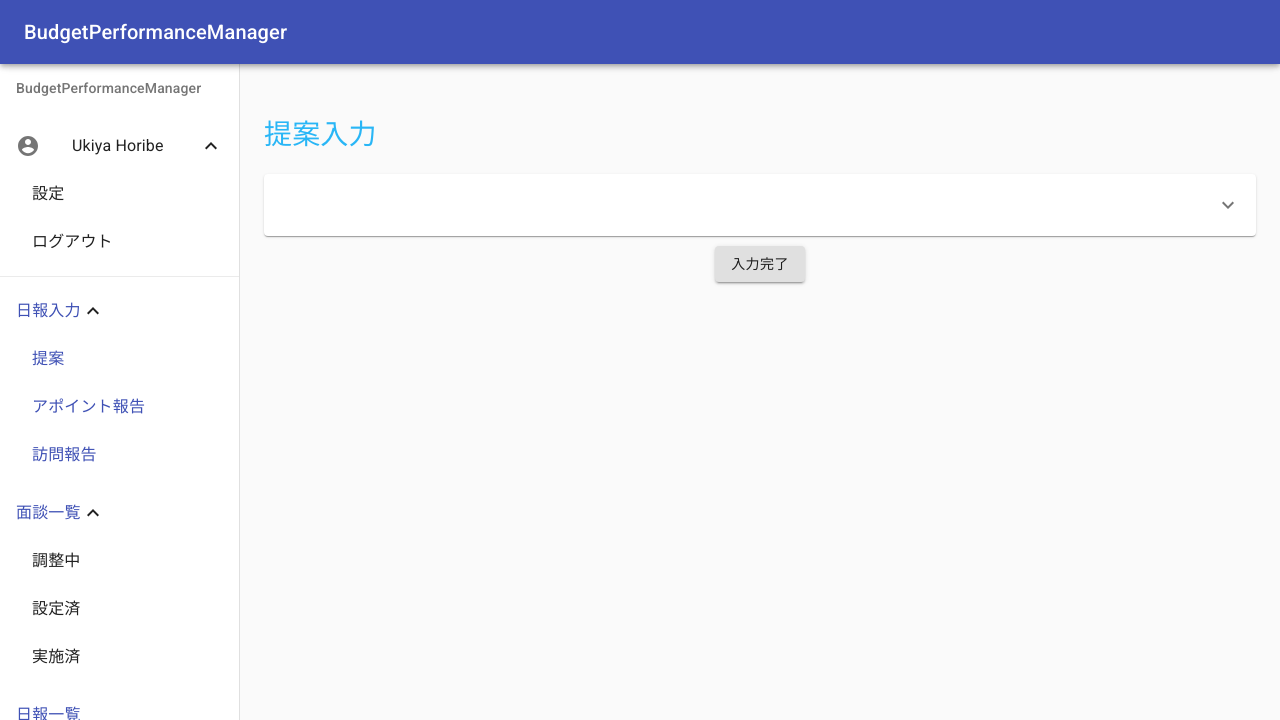
Repository: ukiyah/test
Page: /form_confirm_interview (app in src/)
The author's editor kept a copy of each file at every save. The page is drawn from the files as they stood at one save, then again after the next save.
The browser window is 1280 px wide. The pictures show the whole page.
The project was rebuilt for these pictures with package versions that can differ from the ones it lists, and the page was loaded fresh each time. Also part of the build but not shown: src/Button.js, src/proposal/Table.js, src/proposal/list_proposal.js, src/Title.js, src/Chart.js, src/Deposits.js, src/Orders.js, src/Dashboard.js and 18 more. Imported but missing from the stored project, and not drawn on this page: src/appointment/visit/form_visit.

Above is the page before, as saved 2020-02-27 15:04:10.

### src/index.css
body {
  margin: 0;
  font-family: -apple-system, BlinkMacSystemFont, 'Segoe UI', 'Roboto', 'Oxygen',
    'Ubuntu', 'Cantarell', 'Fira Sans', 'Droid Sans', 'Helvetica Neue',
    sans-serif;
  -webkit-font-smoothing: antialiased;
  -moz-osx-font-smoothing: grayscale;
}

code {
  font-family: source-code-pro, Menlo, Monaco, Consolas, 'Courier New',
    monospace;
}

.button {
  color: #000;
}

h1 {
  text-align: center;
  color:#29B6F6;
  font-weight: normal;
}

### src/App.js
import React from 'react';
import 'typeface-roboto';
import {
  BrowserRouter,
  Route
} from "react-router-dom";
import list_proposal from "./proposal/list_proposal";
import Dashboard from "./Dashboard";
import list_interview from "./interview/list_interview";
import list_closing from "./closing/list_closing";
import list_appointment from "./appointment/list_appointment";
import list_daily_report from "./daily_report/list_daily_report";
import form_daily_report from "./daily_report/form_daily_report";
import form_proposal from "./proposal/form_proposal";
import form_appointment from "./appointment/appointment/form_appointment.jsx";
import form_visit from "./appointment/visit/form_visit";
import form_arrange_interview from "./interview/arrange/form_arrange_interview";
import form_confirm_interview from "./interview/confirm/form_confirm_interview";
import form_complete_interview from "./interview/complete/form_complete_interview";
class App extends React.Component{

  render() {
    return (
      <div>

        <BrowserRouter>
          <div>
            <Route exact path="/" component={Dashboard} />
            <Route path="/list_proposal" component={list_proposal} />
            <Route path="/list_interview" component={list_interview} />
            <Route path="/list_closing" component={list_closing} />
            <Route path="/list_appointment" component={list_appointment} />
            <Route path="/list_daily_report" component={list_daily_report} />
            <Route path="/form_daily_report" component={form_daily_report} />
            <Route path="/form_proposal" component={form_proposal} />
            <Route path="/form_appointment" component={form_appointment} />
            <Route path="/form_visit" component={form_visit} />
            <Route path="/form_arrange_interview" component={form_arrange_interview} />
            <Route path="/form_confirm_interview" component={form_confirm_interview} />
            <Route path="/form_complete_interview" component={form_complete_interview} />
         </div>
        </BrowserRouter>
        {/* <ClippedDrawer /> */}
      </div>
    );
  }

}

export default App;

### src/interview/confirm/form_confirm_interview.jsx
import React from 'react';
import clsx from 'clsx';
import { makeStyles } from '@material-ui/core/styles';
import CssBaseline from '@material-ui/core/CssBaseline';


import Container from '@material-ui/core/Container';
import Grid from '@material-ui/core/Grid';
import Drawer from "../../Drawer";
import ExpansionPanel from "./ExpansionPanel.jsx";
import Button from "@material-ui/core/Button";

const useStyles = makeStyles(theme => ({
  root: {
    display: 'flex',
  },

  appBarSpacer: theme.mixins.toolbar,
  content: {
    flexGrow: 1,
    height: '100vh',
    overflow: 'auto',
  },
  container: {
    paddingTop: theme.spacing(4),
    paddingBottom: theme.spacing(4),
  },

  fixedHeight: {
    height: 520,
  },
}));

export default function Dashboard() {
  const classes = useStyles();
  return (
    <div className={classes.root}>
      <CssBaseline />
      <Drawer />
      <main className={classes.content}>
        <div className={classes.appBarSpacer} />
        <Container maxWidth="lg" className={classes.container}>
          <Grid container spacing={3}>

            <Grid item xs={12} >
              <span style={{display:"flex"}}>
                <h1>提案入力</h1>
              </span>
                <ExpansionPanel />
              <div style={{marginTop: 10, textAlign: "center"}}>
                <Button variant="contained" >入力完了</Button>
              </div>

            </Grid>

          </Grid>

        </Container>
      </main>
    </div>
  );
}

### src/Drawer.js
import React from 'react';
import { makeStyles } from '@material-ui/core/styles';
import Drawer from '@material-ui/core/Drawer';
import AppBar from '@material-ui/core/AppBar';
import CssBaseline from '@material-ui/core/CssBaseline';
import Toolbar from '@material-ui/core/Toolbar';
import Typography from '@material-ui/core/Typography';
import SimpleTable from "./proposal/Table";
import NestedList from "./NestedList";
const drawerWidth = 240;

const useStyles = makeStyles(theme => ({
  root: {
    display: 'flex',
  },
  appBar: {
    zIndex: theme.zIndex.drawer + 1,
  },
  drawer: {
    width: drawerWidth,
    flexShrink: 0,
  },
  drawerPaper: {
    width: drawerWidth,
  },
  content: {
    flexGrow: 1,
    padding: theme.spacing(3),
  },
  toolbar: theme.mixins.toolbar,
}));

export default function ClippedDrawer() {
  const classes = useStyles();

  return (
    <div className={classes.root}>
      <CssBaseline />
      <AppBar position="fixed" className={classes.appBar}>
        <Toolbar>
          <Typography variant="h6" noWrap>
            BudgetPerformanceManager
          </Typography>
        </Toolbar>
      </AppBar>
      <Drawer
        className={classes.drawer}
        variant="permanent"
        classes={{
          paper: classes.drawerPaper,
        }}
      >
        <div className={classes.toolbar} />
        <NestedList />
      </Drawer>

    </div>
  );
}

### src/interview/confirm/ExpansionPanel.jsx
import React from 'react';
import { makeStyles } from '@material-ui/core/styles';
import ExpansionPanel from '@material-ui/core/ExpansionPanel';
import ExpansionPanelSummary from '@material-ui/core/ExpansionPanelSummary';
import ExpansionPanelDetails from '@material-ui/core/ExpansionPanelDetails';
import Typography from '@material-ui/core/Typography';
import ExpandMoreIcon from '@material-ui/icons/ExpandMore';
import SelectBox from "../../SelectBox.jsx";
import TextField from "../../TextField";
import Button from "@material-ui/core/Button";
import Switch from "../../Switch";
import MultiLineTextField from "../../MultiLineTextField";
import RadioButton from "../../RadioButton";
import ContainedButtons from "../../Button";
const useStyles = makeStyles(theme => ({
  root: {
    width: '100%',
  },
  heading: {
    fontSize: theme.typography.pxToRem(15),
    fontWeight: theme.typography.fontWeightRegular,
  },
  list: {
    marginBottom: 5,
  }
}));

export default function SimpleExpansionPanel() {
  const classes = useStyles();

  return (
    <div className={classes.root}>
      <ExpansionPanel>
        <ExpansionPanelSummary
          expandIcon={<ExpandMoreIcon />}
          aria-controls="panel1a-content"
          id="panel1a-header"
        >
          <Typography className={classes.heading}><h3 style={{ fontWeight: "normal", borderBottom: "solid 3px #4FC3F7" }}></h3></Typography>
        </ExpansionPanelSummary>
        <ExpansionPanelDetails>
          <Typography >
            <h4 style={{fontWeight:"normal",borderBottom: "solid 1px #4FC3F7"}}>
              企業情報の入力<Button disabled style={{color:"red"}}>必須</Button>
            </h4>
            {/* <div style={{ display: "flex" }}> */}
              <TextField label="上位企業" />
              <TextField label="下位企業" />
            {/* </div> */}
            <br></br>
            <h4 style={{fontWeight:"normal",borderBottom: "solid 1px #4FC3F7"}}>
              コラボ情報の入力<Button disabled style={{color:"red"}}>必須</Button>
            </h4>
            <br></br>
            <Switch label="コラボ有無" />
            <br></br>
            <SelectBox value="上位・下位" item1="上位" item2="下位" />
            <TextField label="コラボ担当" />
            <h4 style={{fontWeight:"normal",borderBottom: "solid 1px #4FC3F7"}}>
              備考
            </h4>
            <MultiLineTextField />
          </Typography>
        </ExpansionPanelDetails>
      </ExpansionPanel>


    </div>
  );
}

### src/NestedList.js
import React from 'react';
import { makeStyles } from '@material-ui/core/styles';
import ListSubheader from '@material-ui/core/ListSubheader';
import List from '@material-ui/core/List';
import ListItem from '@material-ui/core/ListItem';
import ListItemIcon from '@material-ui/core/ListItemIcon';
import ListItemText from '@material-ui/core/ListItemText';
import Collapse from '@material-ui/core/Collapse';
import InboxIcon from '@material-ui/icons/MoveToInbox';
import DraftsIcon from '@material-ui/icons/Drafts';
import SendIcon from '@material-ui/icons/Send';
import ExpandLess from '@material-ui/icons/ExpandLess';
import ExpandMore from '@material-ui/icons/ExpandMore';
import StarBorder from '@material-ui/icons/StarBorder';
import AccountCircle from '@material-ui/icons/AccountCircle';
import Divider from '@material-ui/core/Divider';
import Link from '@material-ui/core/Link';
const useStyles = makeStyles(theme => ({
  root: {
    width: '100%',
    maxWidth: 360,
    backgroundColor: theme.palette.background.paper,
  },
  nested: {
    paddingLeft: theme.spacing(4),
  },
}));

export default function NestedList() {
  const classes = useStyles();
  const [open1, setOpen1] = React.useState(true);
  const [open2, setOpen2] = React.useState(true);
  const [open3, setOpen3] = React.useState(true);
  const [open4, setOpen4] = React.useState(true);

  const handleClick1 = () => {
    setOpen1(!open1);
  };
  const handleClick2 = () => {
    setOpen2(!open2);
  };
  const handleClick3 = () => {
    setOpen3(!open3);
  };
  const handleClick4 = () => {
    setOpen4(!open4);
  };
  return (
    <List
      component="nav"
      aria-labelledby="nested-list-subheader"
      subheader={
        <ListSubheader component="div" id="nested-list-subheader">
          BudgetPerformanceManager
        </ListSubheader>
      }
      className={classes.root}
    >
      <div style={{ marginTop: 10, marginBottom: 10 }}>
        <ListItem button onClick={handleClick1}>
          <ListItemIcon>
            <AccountCircle />
          </ListItemIcon>
          <ListItemText primary="Ukiya Horibe" />
          {open1 ? <ExpandLess /> : <ExpandMore />}
        </ListItem>
        <Collapse in={open1} timeout="auto" unmountOnExit>
          <List component="div" disablePadding>
            <ListItem button className={classes.nested}>
              {/* <ListItemIcon>
              <StarBorder />
            </ListItemIcon> */}
              <ListItemText primary="設定" />
            </ListItem>
            <ListItem button className={classes.nested}>
              <ListItemText primary="ログアウト" />
            </ListItem>
          </List>
        </Collapse>
      </div>
      <Divider light />
      <div style={{ marginTop: 10 }}>
        <ListItem button onClick={handleClick2}>
          <Link href="form_daily_report" >
            <ListItemText primary="日報入力" />
          </Link>
          {open2 ? <ExpandLess /> : <ExpandMore />}
        </ListItem>
        <Collapse in={open2} timeout="auto" unmountOnExit>
          <List component="div" disablePadding>
            <ListItem button className={classes.nested}>
              <Link href="form_proposal" >
                <ListItemText primary="提案" />
              </Link>
            </ListItem>
            <ListItem button className={classes.nested}>
              <Link href="form_appointment" >
                <ListItemText primary="アポイント報告" />
              </Link>
            </ListItem>
            <ListItem button className={classes.nested}>
              <Link href="form_visit">
                <ListItemText primary="訪問報告" />
              </Link>
            </ListItem>
          </List>
        </Collapse>
      </div>
      <div style={{ marginTop: 10 }}>
        <ListItem button onClick={handleClick3}>
          <Link href="list_interview" >
            <ListItemText primary="面談一覧" />
          </Link>

          {open3 ? <ExpandLess /> : <ExpandMore />}
        </ListItem>
        <Collapse in={open3} timeout="auto" unmountOnExit>
          <List component="div" disablePadding>
            <ListItem button className={classes.nested}>
              <ListItemText primary="調整中" />
            </ListItem>
            <ListItem button className={classes.nested}>
              <ListItemText primary="設定済" />
            </ListItem>
            <ListItem button className={classes.nested}>
              <ListItemText primary="実施済" />
            </ListItem>
          </List>
        </Collapse>
      </div>
      <div style={{ marginTop: 10 }}>
        <ListItem button>
          <Link href="/list_daily_report" >
            <ListItemText primary="日報一覧" />
          </Link>
        </ListItem>
      </div>
      <div style={{ marginTop: 10 }}>
        <ListItem button onClick={handleClick4}>
          <ListItemText primary="その他の一覧" />

          {open4 ? <ExpandLess /> : <ExpandMore />}
        </ListItem>
        <Collapse in={open4} timeout="auto" unmountOnExit>
          <List component="div" disablePadding>
            <ListItem button className={classes.nested}>
              <Link href="/list_proposal" >
                <ListItemText primary="提案" />
              </Link>

            </ListItem>
            <ListItem button className={classes.nested}>
              <Link href="/list_closing" >
                <ListItemText primary="成約" />
              </Link>
            </ListItem>
            <ListItem button className={classes.nested}>
              <Link href="/list_appointment" >
                <ListItemText primary="架電報告" />
              </Link>
            </ListItem>
          </List>
        </Collapse>
      </div>
    </List>
  );
}

### src/SelectBox.jsx
import React from 'react';
import { makeStyles } from '@material-ui/core/styles';
import InputLabel from '@material-ui/core/InputLabel';
import FormControl from '@material-ui/core/FormControl';
import Select from '@material-ui/core/Select';

const useStyles = makeStyles(theme => ({
  formControl: {
    margin: theme.spacing(1),
    minWidth: 120,
  },
  selectEmpty: {
    marginTop: theme.spacing(2),
  },
}));

export default function NativeSelects(props) {
  const classes = useStyles();
  const [state, setState] = React.useState({
    age: '',
    name: 'hai',
  });



  const handleChange = name => event => {
    setState({
      ...state,
      [name]: event.target.value,
    });
  };

  return (
    <div>

      <FormControl className={classes.formControl}>
        <InputLabel htmlFor="age-native-simple">{props.value}</InputLabel>
        <Select
          native
          value={state.age}
          onChange={handleChange('age')}
          inputProps={{
            name: 'age',
            id: 'age-native-simple',
          }}
        >
          <option value="" />
          <option value={10}>{props.item1}</option>
          <option value={20}>{props.item2}</option>
          <option value={30}>{props.item3}</option>
        </Select>
      </FormControl>




    </div>
  );
}

### src/TextField.jsx
import React from 'react';
import { makeStyles } from '@material-ui/core/styles';
import TextField from '@material-ui/core/TextField';

const useStyles = makeStyles(theme => ({
  root: {
    '& > *': {
      margin: theme.spacing(1),
      width: 200,
    },
  },
}));

export default function BasicTextFields(props) {
  const classes = useStyles();

  return (
    <form className={classes.root} noValidate autoComplete="off">
      <TextField id="standard-basic" label={props.label} />
    </form>
  );
}

### src/Switch.jsx
import React from 'react';
import FormGroup from '@material-ui/core/FormGroup';
import FormControlLabel from '@material-ui/core/FormControlLabel';
import Switch from '@material-ui/core/Switch';
export default function SwitchLabels(props) {

  const [state, setState] = React.useState({
    checkedB: false,
  });

  const handleChange = name => event => {
    setState({ ...state, [name]: event.target.checked });
  };
  return (
    <FormGroup row>

      <FormControlLabel
        control={
          <Switch
            checked={state.checkedB}
            onChange={handleChange('checkedB')}
            value="checkedB"
            color="primary"
          />
        }
        label={props.label}
      />
    </FormGroup>
  );
}

### src/MultiLineTextField.jsx
import React from 'react';
import { makeStyles } from '@material-ui/core/styles';
import TextField from '@material-ui/core/TextField';

const useStyles = makeStyles(theme => ({
  root: {
    '& .MuiTextField-root': {
      margin: theme.spacing(1),
      width: 600,
    },
  },
}));

export default function MultilineTextFields(props) {
  const classes = useStyles();
  const [value, setValue] = React.useState('Controlled');

  const handleChange = event => {
    setValue(event.target.value);
  };

  return (
    <form className={classes.root} noValidate autoComplete="off">
        <TextField
          id="outlined-multiline-static"
          label={props.label}
          multiline
          rows="4"
          variant="outlined"
        />
    </form>
  );
}

### src/interview/RadioButton_Collabo.jsx
import React from 'react';
import { makeStyles } from '@material-ui/core/styles';
import Radio from '@material-ui/core/Radio';
import RadioGroup from '@material-ui/core/RadioGroup';
import FormHelperText from '@material-ui/core/FormHelperText';
import FormControlLabel from '@material-ui/core/FormControlLabel';
import FormControl from '@material-ui/core/FormControl';
import FormLabel from '@material-ui/core/FormLabel';
const useStyles = makeStyles(theme => ({
  formControl: {
    margin: theme.spacing(3),
  },
}));

export default function RadioButtonsGroup() {
  const classes = useStyles();
  const [value, setValue] = React.useState('female');

  const handleChange = event => {
    setValue(event.target.value);
  };

  return (
    <div>
      <FormControl component="fieldset" className={classes.formControl}>
        <FormLabel component="legend"></FormLabel>
        <RadioGroup aria-label="gender" name="gender1" value={value} onChange={handleChange}>
          <FormControlLabel value="female" control={<Radio color="primary"/>} label="上位" />
          <FormControlLabel value="male" control={<Radio color="primary"/>} label="下位" />
        </RadioGroup>
      </FormControl>

    </div>
  );
}

Loaded but not shown: src/index.js (common file); src/serviceWorker.js (common file); src/appointment/appointment/form_appointment.jsx (no stored copy; drawn as an empty file)

After the next save:
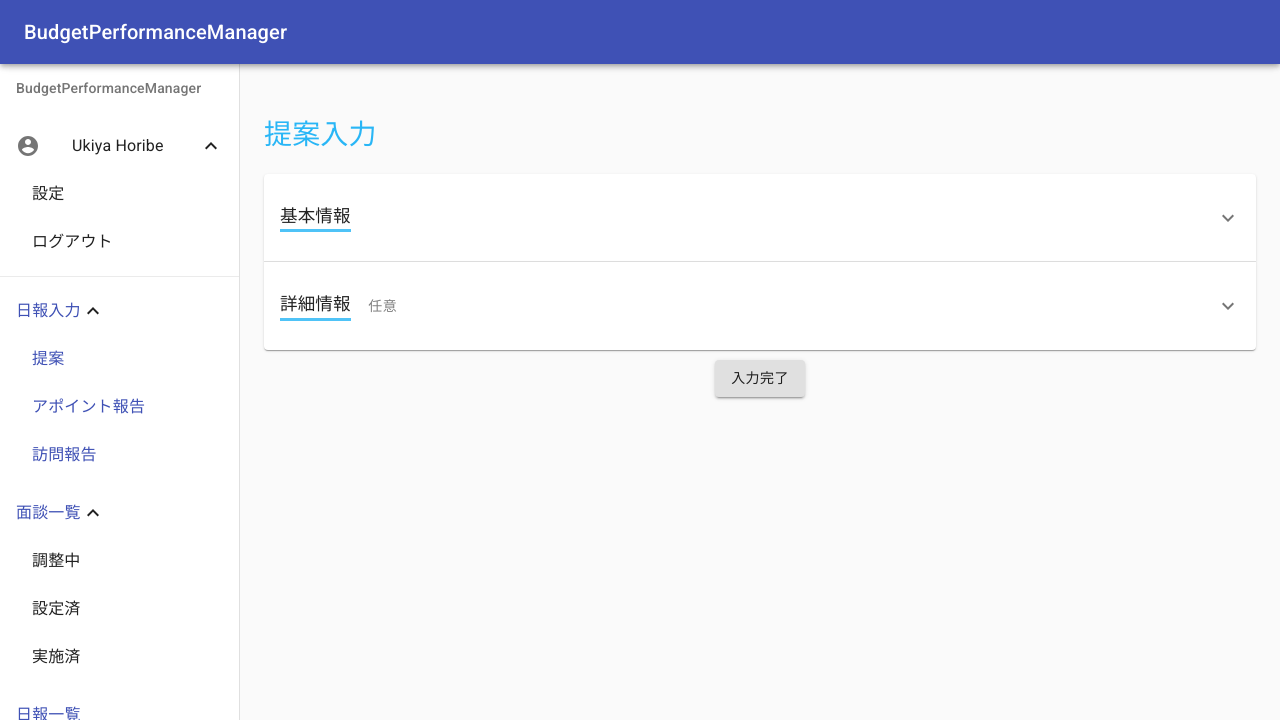
Saved 13 min 7 s later.
--- a/src/interview/confirm/ExpansionPanel.jsx
+++ b/src/interview/confirm/ExpansionPanel.jsx
@@ -10,8 +10,9 @@ import TextField from "../../TextField";
 import Button from "@material-ui/core/Button";
 import Switch from "../../Switch";
 import MultiLineTextField from "../../MultiLineTextField";
-import RadioButton from "../../RadioButton";
+import RadioButton from "../RadioButton_Collabo";
 import ContainedButtons from "../../Button";
+
 const useStyles = makeStyles(theme => ({
   root: {
     width: '100%',
@@ -36,7 +37,10 @@ export default function SimpleExpansionPanel() {
           aria-controls="panel1a-content"
           id="panel1a-header"
         >
-          <Typography className={classes.heading}><h3 style={{ fontWeight: "normal", borderBottom: "solid 3px #4FC3F7" }}></h3></Typography>
+          <Typography className={classes.heading}><h3 style={{ fontWeight: "normal", borderBottom: "solid 3px #4FC3F7" }}>
+            基本情報
+            </h3>
+          </Typography>
         </ExpansionPanelSummary>
         <ExpansionPanelDetails>
           <Typography >
@@ -53,9 +57,63 @@ export default function SimpleExpansionPanel() {
             </h4>
             <br></br>
             <Switch label="コラボ有無" />
+            <RadioButton />
+            {/* <SelectBox value="上位・下位" item1="上位" item2="下位" /> */}
+            <TextField label="コラボ担当" />
+            <h4 style={{fontWeight:"normal",borderBottom: "solid 1px #4FC3F7"}}>
+              備考
+            </h4>
+            <MultiLineTextField />
+          </Typography>
+        </ExpansionPanelDetails>
+      </ExpansionPanel>
+      <ExpansionPanel>
+        <ExpansionPanelSummary
+          expandIcon={<ExpandMoreIcon />}
+          aria-controls="panel1a-content"
+          id="panel1a-header"
+        >
+          <Typography className={classes.heading}>
+          <div style={{ display: "flex" }}>
+            <h3 style={{ fontWeight: "normal", borderBottom: "solid 3px #4FC3F7" }}>
+              詳細情報
+            </h3><Button disabled style={{color:"gray"}}>任意</Button>
+          </div>
+          </Typography>
+        </ExpansionPanelSummary>
+        <ExpansionPanelDetails>
+          <Typography >
+            <Switch label="終了者の場合はオンにしてください" />
             <br></br>
-            <SelectBox value="上位・下位" item1="上位" item2="下位" />
-            <TextField label="コラボ担当" />
+            <h4 style={{fontWeight:"normal",borderBottom: "solid 1px #4FC3F7"}}>
+              日時・場所
+            </h4>
+            <div style={{ display: "flex" }}>
+              <SelectBox value="年" item1="2020" />
+              <SelectBox value="月" item1="3" item2="4" item3="5" />
+              <SelectBox value="日" item1="1" item2="2" item3="3" />
+            </div>
+            <br></br>
+            <TextField label="場所"/>
+            <h4 style={{fontWeight:"normal",borderBottom: "solid 1px #4FC3F7"}}>
+            求められるスキル
+            </h4>
+            <SelectBox value="スキル1" item1="Javascript" item2="React" item3="Python" />
+            <SelectBox value="スキル2" item1="Javascript" item2="React" item3="Python" />
+            <SelectBox value="スキル3" item1="Javascript" item2="React" item3="Python" />
+          <br></br>
+            <h4 style={{fontWeight:"normal",borderBottom: "solid 1px #4FC3F7"}}>
+              金額
+            </h4>
+            <div style={{display:"flex"}}>
+              <TextField label="提案" /><p>万</p>
+            </div>
+            <div style={{display:"flex"}}>
+              <TextField label="仕入" /><p>万</p>
+            </div>
+            <div style={{display:"flex"}}>
+              <TextField label="粗利" /><p>万</p>
+            </div>
             <h4 style={{fontWeight:"normal",borderBottom: "solid 1px #4FC3F7"}}>
               備考
             </h4>
